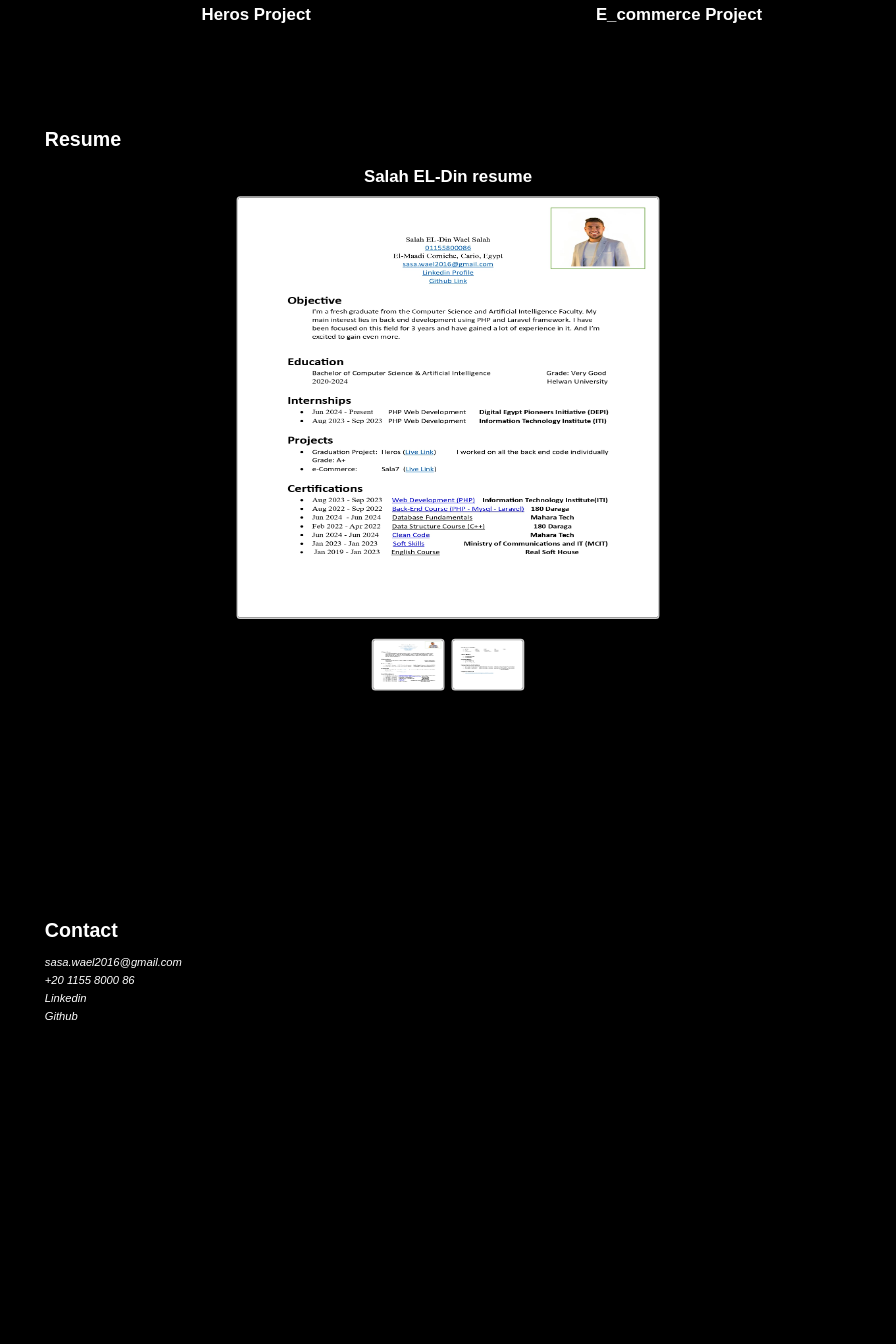
Repository: Salah-Wael/Salah-EL-Din-Portfolio
Page: index.html
An editor plug-in stored every save of this project. The page is shown before and after the next save, followed by the edit.
The browser window is 1280 px wide. The pictures show the part of the page from y = 1268 to 3188 px (the page is 3188 px tall before and 2972 px after), at 70% of full size.

Above is the page before, as saved 2024-07-27 23:07:33.

### index.html
<!DOCTYPE html>
<html lang="en">
<head>
  <meta charset="UTF-8">
  <meta name="viewport" content="width=device-width, initial-scale=1.0">
  <title>Salah EL-Din Portfolio</title>
  <link rel="stylesheet" href="./style.css">

</head>
<body>
  <header>
    <nav>
      <h1>Salah El-Din</h1>
      <ul>
        <li><a href="#about">About</a></li>
        <li><a href="#projects">Projects</a></li>
        <li><a href="#resume">Resume</a></li>
        <li><a href="#contact">Contact</a></li>
      </ul>
    </nav>
  </header>
  <section id="about">
    <div class="about">
      <div class="content">
        <p>Hello there! 👋</p>
        <!-- <br> -->
        <h1>Salah EL-Din Wael</h1>
        <h2>Web Developer</h2>
          <p>I'm a fresh graduate from the Computer Science and Artificial Intelligence Faculty.
          My main interest lies in back-end development using PHP and the Laravel framework.
          I also hold a certificate from the Information Technology Institute (ITI) in Back-end development using PHP and Laravel.</p>




        <a href=""><button class="bn632-hover bn22">Button</button></a>
      </div>
      <div class="main-img">
        <img src="./img/me/sasag.png" alt="Salah EL-Din">
      </div>
    </div>
  </section>
  <section id="projects">

    <h2>Projects</h2>
    <div class="projects">
      <div class="projects-container">
        <a href="https://heros.rf.gd/" target="_blank">
          <div class="project">
            <div class="image-display">
              <img id="heros" src="img/projects/heros registration.png" alt="heros registration">
            </div>
            <h3>Heros Project</h3>
          </div>
        </a>
      </div>
      <div class="projects-container">
        <a href="https://sala7.great-site.net/" target="_blank">
          <div class="project">
            <div class="image-display">
              <img id="ecommerce" src="img/projects/ecommerce home.png" alt="Sala7 E_commerce">

            </div>
            <h3>E_commerce Project</h3>
          </div>
        </a>
      </div>
    </div>
  </section>
  <section id="resume">
    <h2>Resume</h2>
    <div class="cv-container">
      <div class="project">
        <h3>Salah EL-Din resume</h3>
        <div class="image-display">
          <img id="CV" src="img/CV/Salah EL-Din resume_page-0001.jpg" alt="Salah EL-Din resume">
        </div>
        <div class="thumbnails">
          <img src="img/CV/Salah EL-Din resume_page-0001.jpg" alt="Salah EL-Din resume"
          onclick="swapImage('img/CV/Salah EL-Din resume_page-0001.jpg')">

          <img src="img/CV/Salah EL-Din resume_page-0002.jpg" alt="Salah EL-Din resume"
          onclick="swapImage('img/CV/Salah EL-Din resume_page-0002.jpg')">

        </div>
      </div>
    </div>
  </section>
  <section id="contact">
    <h2>Contact</h2>
    <address>
      <a href="mailto:sasa.wael2016@gmail.com">sasa.wael2016@gmail.com</a><br>
      <a href="https://api.whatsapp.com/send/?phone=%2B201155800086" target="_blank">+20 1155 8000 86</a><br>
      <a href="https://www.linkedin.com/in/salah-eldin" target="_blank">Linkedin</a><br>
      <a href="https://github.com/Salah-Wael" target="_blank">Github</a><br>
    </address>
  </section>
</body>

<script>
    document.addEventListener('DOMContentLoaded', (event) => {
      const herosImages = [
        'img/projects/heros registration.png',
        'img/projects/heros create news.png',
        'img/projects/heros payment.png'
      ];
      const ecommerceImages = [
        'img/projects/ecommerce home.png',
        'img/projects/products.png'
      ];

      let currentHerosIndex = 0;
      const herosImage = document.getElementById('heros');

      function swapHerosImage() {
        currentHerosIndex = (currentHerosIndex + 1) % herosImages.length;
        herosImage.src = herosImages[currentHerosIndex];
      }
      setInterval(swapHerosImage, 2000); // Change image every 2 seconds

      let currentEcommerceIndex = 0;
      const ecommerceImage = document.getElementById('ecommerce');

      function swapEcommerceImage() {
        currentEcommerceIndex = (currentEcommerceIndex + 1) % ecommerceImages.length;
        ecommerceImage.src = ecommerceImages[currentEcommerceIndex];
      }

      setInterval(swapEcommerceImage, 2000); // Change image every 2 seconds
    });



    function swapImage(newSrc) {
      document.getElementById('CV').src = newSrc;
    }
  </script>
</html>

### style.css
/* Reset some basic styles */
*{
  margin: 0;
  padding: 0;
  list-style: none;
  text-decoration: none;
  color: white;
  font-family: Arial, sans-serif;
}

/* General body styling */
body {
  font-family: Arial, sans-serif;
  line-height: 1.6;
  background-color: black;
}

/* Styling for navigation bar */
header{
  height: 10vh;
  width: 100%;

}

:root {
  --main-color: #a21e99;
  --secondary-color: #2ecc71;
  --font-size: 16px;
}

nav {
  background-color: black;
  border: 1px solid var(--main-color) ;
  box-shadow: 1px 1px 60px 8px var(--main-color) ;
  z-index: 1;
  border-radius: 20px;
  color: white;
  width: 90%;
  margin-left: 5%;
  display: flex;
  justify-content: space-between;
  align-items: center;
  padding: 10px 0px;
  margin-bottom: 50px;
  position: fixed;
}

nav h1 {
  width: 30%;
  text-align: center;
  font-size: 24px;
}

nav ul {
  display: flex;
  justify-content: center;
  width: 90%;
  gap: 15px;
}

nav ul li {
  list-style: none;
}

nav ul li a {
  color: white;
  text-decoration: none;
  padding: 5px 10px;
}

nav ul li a:hover {
  color: var(--main-color);
  transition: 0.5s;
}

/* Section styling */
section {
  /* padding: 20px; */
  margin-top: 50px;
  width: 90%;
  margin-left: 5%;
  height: 85vh;
}

section h2 {
  font-size: 28px;
  margin-bottom: 10px;
}

section p {
  font-size: 24px;
}

/* about section styling */
.about{
  display: flex;
  justify-content: space-around;
  align-items: center;
  margin: 0, 20px, 20px, 20px;
}

.about .content{
  width: 70%;
  height: 100%;
}

.about .content{
  text-shadow: 1px 1px 1px #a21e99;
}

.about div p{
  width: 75%;
  font-size: 20px;
  text-align: justify;
}

.bn632-hover {
  width: 160px;
  font-size: 16px;
  font-weight: 600;
  color: #fff;
  cursor: pointer;
  margin: 20px;
  height: 55px;
  text-align:center;
  border: none;
  background-size: 300% 100%;
  border-radius: 50px;
  moz-transition: all .4s ease-in-out;
  -o-transition: all .4s ease-in-out;
  -webkit-transition: all .4s ease-in-out;
  transition: all .4s ease-in-out;
}

.bn632-hover:hover {
  background-position: 100% 0;
  moz-transition: all .4s ease-in-out;
  -o-transition: all .4s ease-in-out;
  -webkit-transition: all .4s ease-in-out;
  transition: all .4s ease-in-out;
}

.bn632-hover:focus {
  outline: none;
}

.bn632-hover.bn22 {
  background-image: linear-gradient(
    to right,
    #a21e99,
    #ba3cb2,
    #dd30d8,
    #b62bb6
  );
  box-shadow: 0 4px 15px 0 rgba(162, 30, 153, 0.75);
}

.about .main-img{
  width: 30%;
  height: 100%;

}

.about div img{
  width: 300px;
  height: 300px;
  animation: salah 2s linear infinite;
  -webkit-animation: salah 2s linear infinite;
  box-shadow: 1px 1px 1px 0px rgba(162, 30, 153, 0.75) ;

}

@keyframes salah {
  0%{
    opacity: 0;
    transform: scale(0.5);

  }
  50%{
    opacity: 0.5;
    transform: scale(1.2);
  }

  100%{
    opacity: 1;
    transform: scale(1);
  }
}


/* Projects section styling */
.projects{
  display: flex;
  justify-content: space-evenly;
}

.projects-container {
  display: flex;
  gap: 20px;
  flex-wrap: wrap;
  justify-content: center;
}
.cv-container {
  display: flex;
  gap: 20px;
  flex-wrap: wrap;
  justify-content: center;
}

.project {
  text-align: center;
}

.project h3 {
  font-size: 24px;
  margin-bottom: 10px;
}

.image-display {
  margin-bottom: 20px;

}

#projects .image-display img {
  width: 600px;
  height: 400px;
  border: 2px solid #ccc;
  border-radius: 5px;
  box-shadow: 0 2px 5px rgba(0, 0, 0, 0.1);
}

#resume{
  height: 150vh;
}
#resume .image-display img {
  width: 600px;
  height: 600px;
  border: 2px solid #ccc;
  border-radius: 5px;
  box-shadow: 0 2px 5px rgba(0, 0, 0, 0.1);
}

.thumbnails {
  display: flex;
  gap: 10px;
  justify-content: center;
}

.thumbnails img {
  width: 100px;
  height: 70px;
  border: 2px solid #ccc;
  border-radius: 5px;
  cursor: pointer;
  transition: border-color 0.3s ease;
}

.thumbnails img:hover {
  border-color: #333;
}

After the next save:
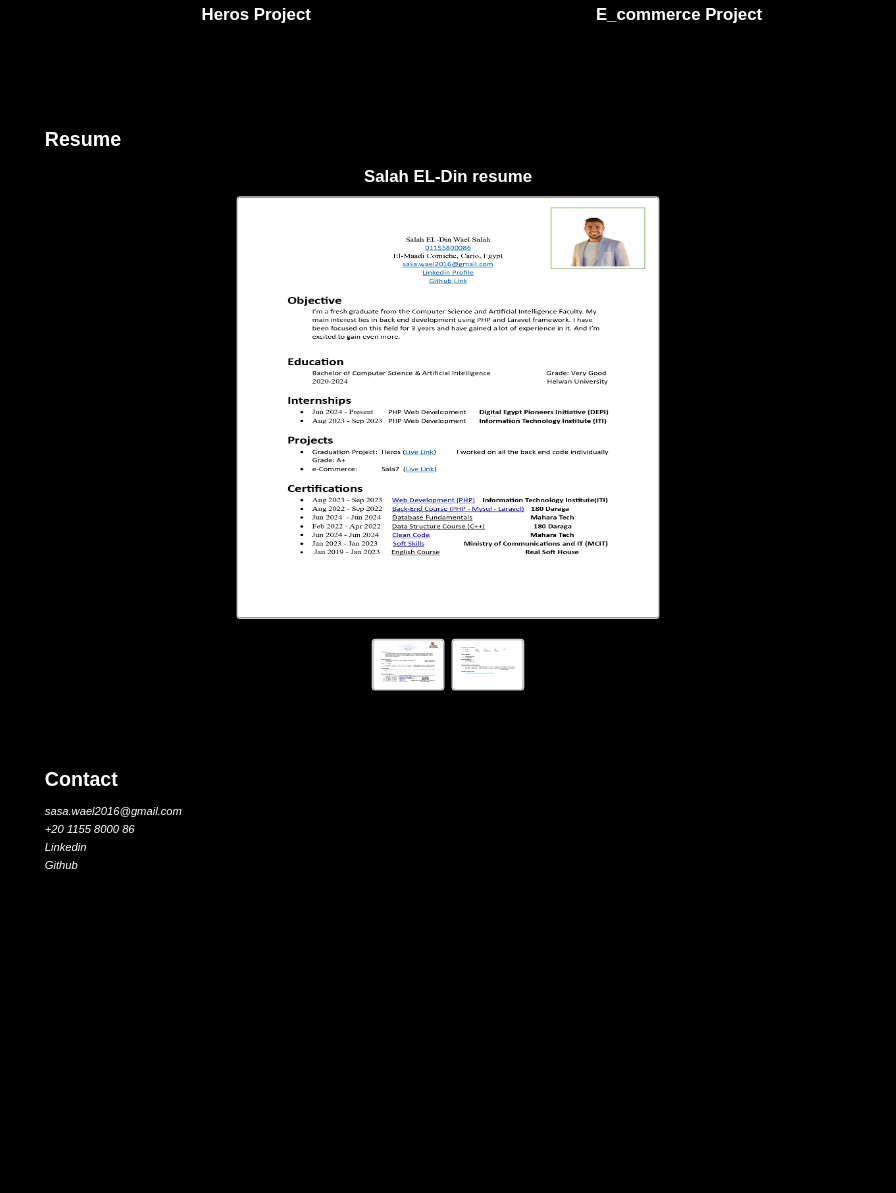
Saved 7 s later.
--- a/style.css
+++ b/style.css
@@ -230,7 +230,7 @@ section p {
 }
 
 #resume{
-  height: 150vh;
+  height: 120vh;
 }
 #resume .image-display img {
   width: 600px;
